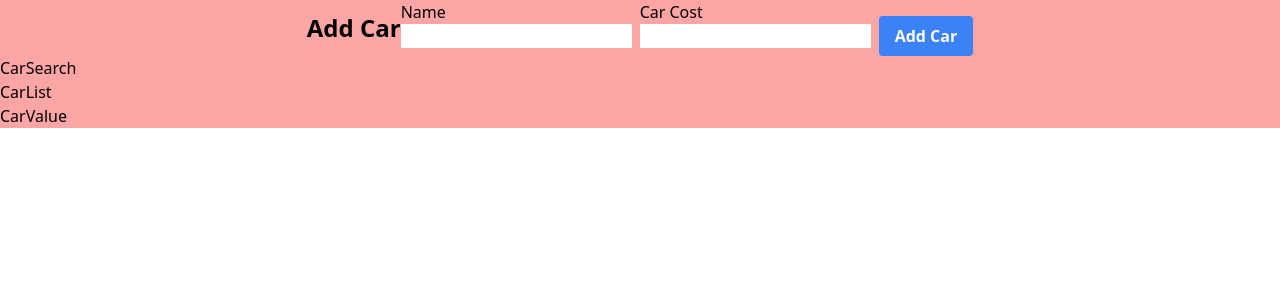
Repository: Marhamat92/carsappreduxtoolkit
Page: /
These files come from the project's save history. The page is drawn as it stood at one moment and after the next save; the edit follows.
The browser window is 1280 px wide. The pictures show the whole page.
The project was rebuilt for these pictures with package versions that can differ from the ones it lists, and the page was loaded fresh each time.

Above is the page before, as saved 2023-01-23 21:04:05.

After the next save:
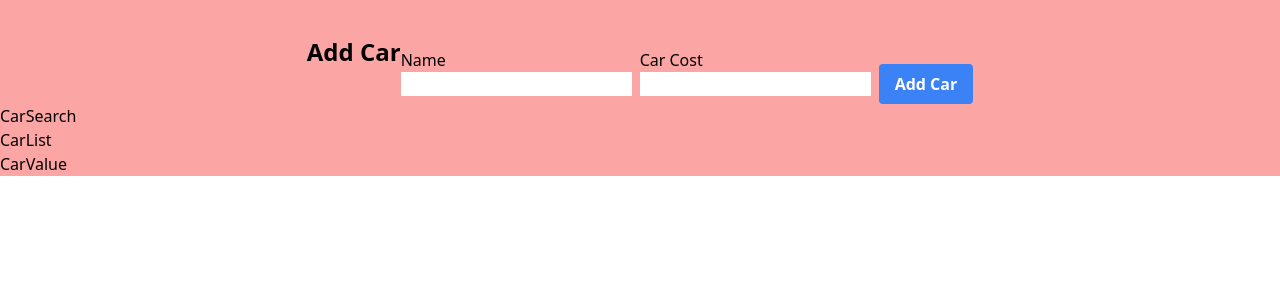
Saved 4 s later.
--- a/src/components/CarForm.js
+++ b/src/components/CarForm.js
@@ -4,7 +4,7 @@ function CarForm() {
   return (
     <div className='flex items-center justify-center'>
       <h1 className='font-bold text-2xl' >Add Car</h1>
-      <div className='mt-410'>
+      <div className='mt-12'>
         <form className='flex flex-row space-x-2'>
           <div className='flex flex-col'>
             <label htmlFor='make'>Name</label>
